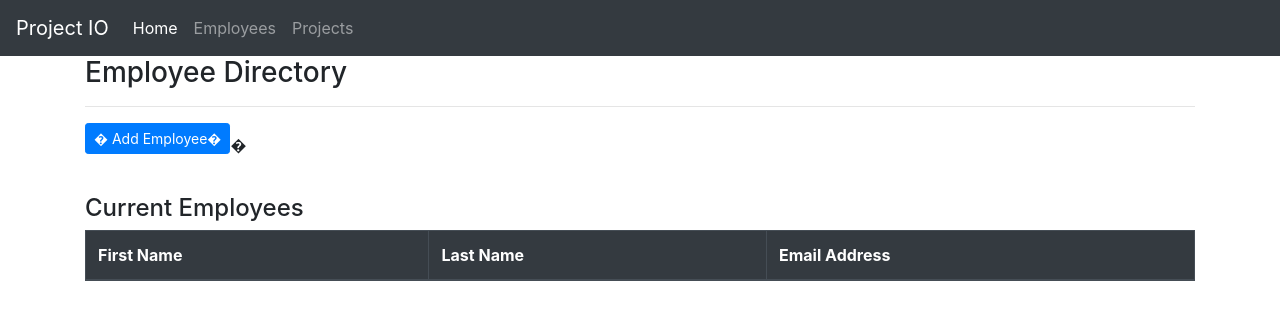
Repository: ynagay/SpringBoot
Page: http://localhost/employees/employees-home
An editor plug-in stored every save of this project. The page is shown before and after the next save, followed by the edit.
The browser window is 1280 px wide. The pictures show the whole page.
The page is this project's Thymeleaf template; nobody is signed in. The template is opened directly, without the code that normally fills it, so the values that code supplies are empty.

Above is the page before, as saved 2022-01-09 03:52:41.

### project-managment/src/main/resources/templates/employees/employees-home.html
<!DOCTYPE html>

<html xmlns:th="http://www.thymeleaf.org">

<head th:replace="layouts :: header"></head>

<body>

<nav th:replace="layouts :: foo"></nav>

		<div class="container">
			<h3>Employee Directory</h3>
			<hr>

			<!--  Add New Employee Button -->
			<a th:href="@{/employees/new}"
				class="btn btn-primary btn-sm mb-3">
				Add Employee
			</a>
			<br></br>

	<h4>Current Employees</h4>
	<table  class="table table-bordered table-striped">
		<thead class="thead-dark">
			<tr>
				<th>First Name</th>
				<th>Last Name</th>
				<th>Email Address</th>
			</tr>
		</thead>
		<tbody>
			<tr th:each="anEmployees : ${employeesList}">
				<td th:text="${anEmployees.firstName}"/>
				<td th:text="${anEmployees.lastName}"/>
				<td th:text="${anEmployees.email}"/>
			</tr>
		</tbody>
	</table>
</div>
</body>

</html>

### project-managment/src/main/resources/templates/layouts.html
<!DOCTYPE html>

<html xmlns:th="http://www.thymeleaf.org">

<head th:fragment="header">
	<!-- Required meta tags -->
    <meta charset="utf-8">
    <meta name="viewport" content="width=device-width, initial-scale=1, shrink-to-fit=no">

    <!-- Bootstrap CSS -->
    <link rel="stylesheet" href="https://stackpath.bootstrapcdn.com/bootstrap/4.3.1/css/bootstrap.min.css"
    integrity="sha384-ggOyR0iXCbMQv3Xipma34MD+dH/1fQ784/j6cY/iJTQUOhcWr7x9JvoRxT2MZw1T" crossorigin="anonymous">

</head>

<nav th:fragment="foo" class="navbar navbar-expand-lg navbar-dark bg-dark">
  <a class="navbar-brand" th:href="@{/}">Project IO</a>
  <button class="navbar-toggler" type="button" data-toggle="collapse" data-target="#navbarSupportedContent" aria-controls="navbarSupportedContent" aria-expanded="false" aria-label="Toggle navigation">
    <span class="navbar-toggler-icon"></span>
  </button>

  <div class="collapse navbar-collapse" id="navbarSupportedContent">
    <ul class="navbar-nav mr-auto">
      <li class="nav-item active">
        <a class="nav-link" th:href="@{/}">Home</a>
      </li>
      <li class="nav-item">
        <a class="nav-link" th:href="@{/employees}">Employees</a>
      </li>
      <li class="nav-item">
        <a class="nav-link" th:href="@{/projects}">Projects</a>
      </li>
    </ul>
  </div>
</nav>

</html>

After the next save:
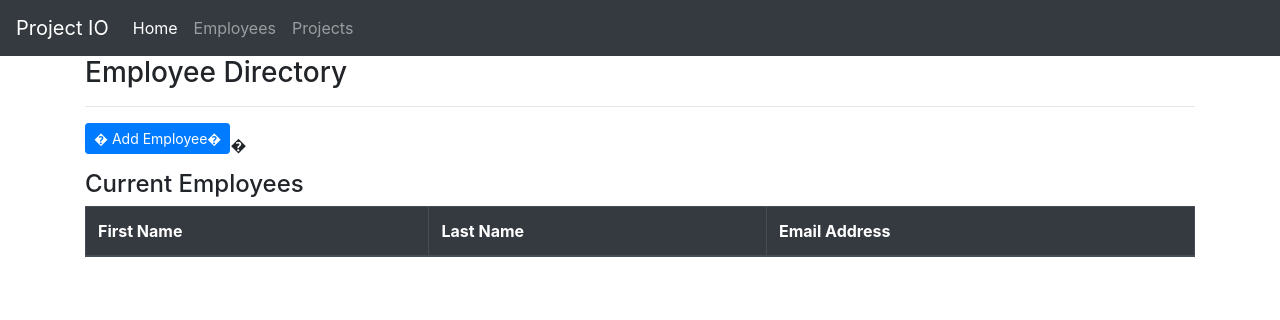
Saved 3 min 10 s later.
--- a/project-managment/src/main/resources/templates/employees/employees-home.html
+++ b/project-managment/src/main/resources/templates/employees/employees-home.html
@@ -17,7 +17,6 @@
 				class="btn btn-primary btn-sm mb-3">
 				Add Employee
 			</a>
-			<br></br>
 
 	<h4>Current Employees</h4>
 	<table  class="table table-bordered table-striped">
